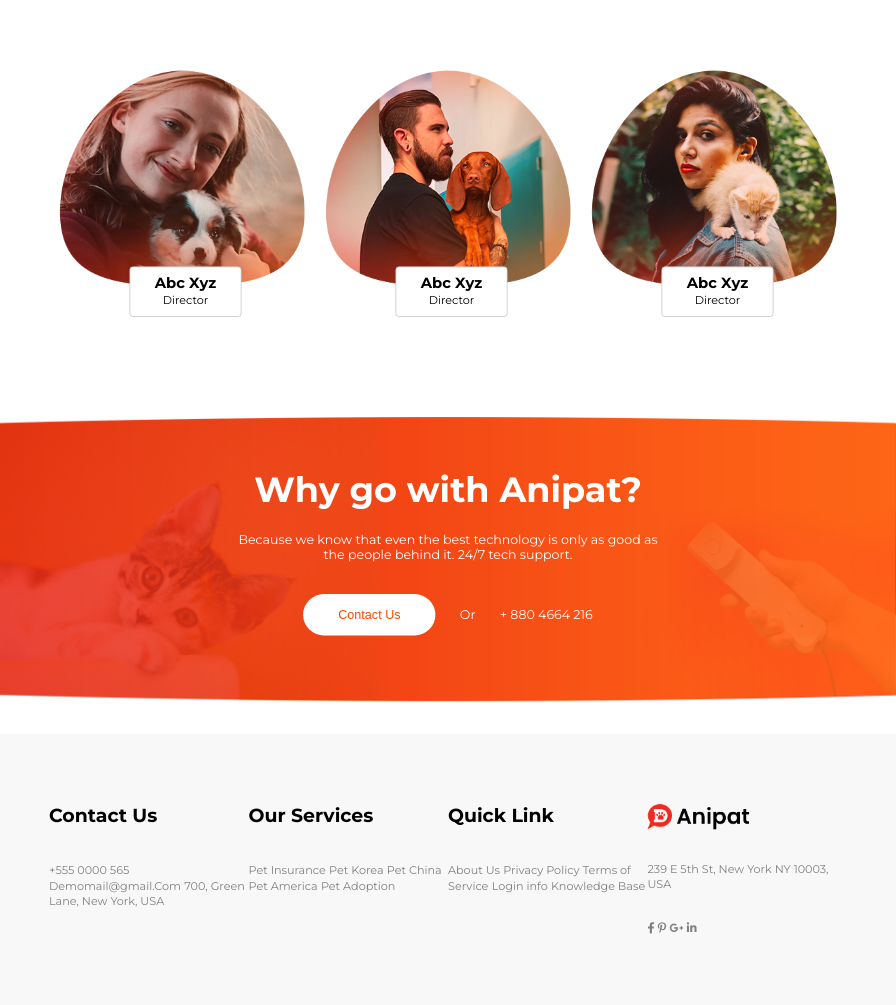
Repository: giahuy405/Day_2_Anipat
Page: index.html
These files come from the project's save history. The page is drawn as it stood at one moment and after the next save; the edit follows.
The browser window is 1280 px wide. The pictures show the part of the page from y = 3274 to 5194 px (the page is 4710 px tall before and 5194 px after), at 70% of full size.

Above is the page before, as saved 2022-09-09 00:30:56.

### index.html
<!DOCTYPE html>
<html lang="en">
<head>
    <meta charset="UTF-8">
    <meta http-equiv="X-UA-Compatible" content="IE=edge">
    <meta name="viewport" content="width=device-width, initial-scale=1.0">
    <title>Anipat</title>
    <link rel="stylesheet" href="https://cdnjs.cloudflare.com/ajax/libs/font-awesome/6.2.0/css/all.min.css">
    <link href="https://fonts.googleapis.com/css2?family=Montserrat:wght@300;400;500;700&display=swap" rel="stylesheet">
    <link rel="stylesheet" href="./css/index.css">
</head>
<body>
    <header>
        <div class="header-top">
            <div class="container">
                <div class="header__contact">
                    <a href="#">+880 4664 216 </a>
                    <span>Mon - Sat 10:00 - 7:00</span>
                </div>
                <div class="header__social">
                    <ul>
                        <li><a href="#"><i class="fa-brands fa-facebook-f"></i></a></li>
                        <li><a href="#"><i class="fa-brands fa-pinterest-p"></i></a></li>
                        <li><a href="#"><i class="fa-brands fa-google-plus-g"></i></a></li>
                        <li><a href="#"><i class="fa-brands fa-linkedin-in"></i></a></li>
                    </ul>
                </div>
                <div class="clear"></div>
            </div>
        </div>
        <div class="header-bottom container">
            <img src="./img/logo.png" alt="Logo">
            <ul>
                <li><a href="#">Home</a></li>
                <li><a href="#">About</a></li>
                <li><a href="#">Blog</a></li>
                <li><a href="#">Pages</a></li>
                <li><a href="#">Services</a></li>
                <li><a href="#">Contact</a></li>
            </ul>
            <div class="clear"></div>
        </div>

    </header>
    <div class="carousel">
        <div class="container">
            <div class="carousel__content">
                <h1>We Care</h1>
                <h2>Your Pets</h2>
                <p>Lorem ipsum dolor sit amet, consectetur adipisicing elit. Dolorem corporis ex expedita ea rem iure.</p>
                <button>Contact Us</button>
            </div>
            <div class="carousel__dog">
                <img src="./img/dog.png" alt="Dog">
            </div>
            <div class="clear"></div>
        </div>
    </div>
    <div class="service">
        <div class="service-top">
            <h1>Services for every dog</h1>
            <p>Lorem ipsum dolor sit amet, consectetur adipiscing elit, sed do eiusmod tempor incididunt ut labore et dolore magna</p>
        </div>
        <div class="service-bottom container">
            <div class="service-card">
                <div class="service__item">
                    <div class="service__background">
                        <img src="./img/service_icon_1.png" alt="">
                    </div>
                    <h2>Pet Boarding</h2>
                    <p>Lorem, ipsum dolor sit amet consectetur adipisicing elit. Quasi asperiores</p>
                </div>
            </div>
            <div class="service-card">
                <div class="service__item">
                    <div class="service__background">
                        <img src="./img/service_icon_2.png" alt="">
                    </div>
                    <h2>Pet Boarding</h2>
                    <p>Lorem, ipsum dolor sit amet consectetur adipisicing elit. Quasi asperiores</p>
                </div>
            </div>
            <div class="service-card">
                <div class="service__item">
                    <div class="service__background">
                        <img src="./img/service_icon_3.png" alt="">
                    </div>
                    <h2>Pet Boarding</h2>
                    <p>Lorem, ipsum dolor sit amet consectetur adipisicing elit. Quasi asperiores</p>
                </div>
            </div>
            <div class="clear"></div>
        </div>
    </div>
    <div class="netcare container">
        <div class="netcare__cat">
            <img src="./img/pet_care.png" alt="pet care">
        </div>
        <div class="netcare__content">
                <h1>We Care</h1>
                <h2>Your Pets</h2>
                <p>Lorem ipsum dolor sit amet, consectetur adipisicing elit. Dolorem corporis ex expedita ea rem iure. Lorem ipsum dolor, sit amet consectetur adipisicing elit. In, sint.</p>
                <button>Contact Us</button>
        </div>
        <div class="clear"></div>
    </div>
    <div class="care">
        <div class="container">
            <div class="care__content">
                <h1>We Care</h1>
                <h2>Your Pets</h2>
                <p>Lorem ipsum dolor sit amet, consectetur adipisicing elit. Dolorem corporis ex expedita ea rem iure. Lorem ipsum dolor sit ametum dolor sit amet.</p>
                <button>About Us</button>
            </div>
            <div class="care__items">
                <div class="care__item">
                    <div class="care__card care__card--left">
                        <div class="care__desc">
                            <img src="./img/1.png" alt="">
                            <h1>922</h1>
                            <p>Pet Available</p>
                        </div>
                    </div>
                </div>
                <div class="care__item">
                    <div class="care__card">
                        <div class="care__desc">
                            <img src="./img/2.png" alt="">
                            <h1>922</h1>
                            <p>Pet Available</p>
                        </div>
                    </div>
                    <div class="care__card">
                        <div class="care__desc">
                            <img src="./img/3.png" alt="">
                            <h1>922</h1>
                            <p>Pet Available</p>
                        </div>
                    </div>
                </div>
                <div class="clear"></div>
            </div>
            <div class="clear"></div>
        </div>
    </div>
    <div class="team container">
        <div class="team-top">
            <h1>Our Team</h1>
            <p>Lorem ipsum dolor, sit amet consectetur adipisicing elit. Odit voluptates a recusandae rem excepturi laboriosam. Omnis molestias modi ex ullam.</p>
        </div>
        <div class="team-bottom">
            <div class="team__card">
                <img src="./img/team1.png" alt="">
                <div class="team__box">
                    <div class="team__content">
                        <h3>Abc Xyz</h3>
                        <p>Director</p>
                    </div>
                </div>
            </div>
            <div class="team__card">
                <img src="./img/team2.png" alt="">
                <div class="team__box">
                    <div class="team__content">
                        <h3>Abc Xyz</h3>
                        <p>Director</p>
                    </div>
                </div>
            </div>
            <div class="team__card">
                <img src="./img/team3.png" alt="">
                <div class="team__box">
                    <div class="team__content">
                        <h3>Abc Xyz</h3>
                        <p>Director</p>
                    </div>
                </div>
            </div>
            <div class="clear"></div>
        </div>
    </div>
    <div class="banner">
        <div class="banner-top">
            <h1>Why go with Anipat?</h1>
            <p>Because we know that even the best technology is only as good as the people behind it. 24/7 tech support.</p>
        </div>
        <div class="banner-bottom">
            <button>Contact Us</button>
            <span>Or</span>
            <a href="#"> + 880 4664 216</a>
        </div>
    </div>
    <div class="footer">
       <div class="container">
        <div class="footer__item">
            <h2>Contact Us</h2>
            <ul>
                <li><a href="#">+555 0000 565</a></li>
                <li><a href="#">Demomail@gmail.Com</a></li>
                <li><a href="#">700, Green Lane, New York, USA</a></li>
            </ul>
        </div>
        <div class="footer__item">
            <h2>Our Services</h2>
            <ul>
                <li><a href="#">Pet Insurance</a></li>
                <li><a href="#">Pet Korea</a></li>
                <li><a href="#">Pet China</a></li>
                <li><a href="#">Pet America</a></li>
                <li><a href="#">Pet Adoption</a></li>
            </ul>
        </div>
        <div class="footer__item">
            <h2>Quick Link</h2>
            <ul>
                <li><a href="#">About Us</a></li>
                <li><a href="#">Privacy Policy</a></li>
                <li><a href="#">Terms of Service</a></li>
                <li><a href="#">Login info</a></li>
                <li><a href="#">Knowledge Base</a></li>
            </ul>
        </div>
        <div class="footer__item footer__item--final">
            <img src="./img/logo.png" alt="">
            <p><a href="#">239 E 5th St, New York NY 10003, USA</a></p>
            <ul>
                <li><a href="#"><i class="fa-brands fa-facebook-f"></i></a></li>
                <li><a href="#"><i class="fa-brands fa-pinterest-p"></i></a></li>
                <li><a href="#"><i class="fa-brands fa-google-plus-g"></i></a></li>
                <li><a href="#"><i class="fa-brands fa-linkedin-in"></i></a></li>
            </ul>
        </div>
        <div class="clear"></div>
       </div>
    </div>
</body>
</html>

### css/index.css
*{
    padding: 0;
    margin: 0;
    box-sizing: border-box;
}
.clear{
    clear: both;
}
html{
    font-size: 18px;
    font-family: 'Montserrat', sans-serif;
}
.container{
    width: 1140px;
    margin: 0 auto;
}
.header__contact{
    float: left;
}
.header__social{
    float: right;
}
.header-top{
    background-color: black;
    padding: 15px;
}
.header__contact a{
     color: white;
     text-decoration: none;
     transition: all 0.2s;
}
.header__contact a:hover{
    color: red;
}
.header__contact span{
    color: white;
    margin-left: 35px;
}
.header__social ul,.header-bottom ul{
    list-style: none;
}
.header__social li,.header-bottom li,.footer__item li{
    display: inline;
    margin-left: 35px;
}
.header__social i{
    color: white;
    transition: all 0.2s;
}
.header__social i:hover{
    color: red;
}
.header-bottom ul{
    float: right;
}
.header-bottom a{
    text-decoration: none;
    font-weight: bold;
    color: black;
    transition: all 0.2;
    line-height: 40px;
}
.header-bottom a:hover{
    color: red;
}
.header-bottom{
    padding: 20px 0;
}
.carousel{
    background-image: url(../img/banner.png);
    background-position: center bottom;
    background-repeat: no-repeat;
    background-size: 100%;
    height: 600px;
    position: relative;
    margin-bottom: 150px;
}
.carousel__content{
    float: left;
    width: 33%;
    padding-top: 100px;
}
.carousel__dog{
    float: left;
    width: 67%;
    position: absolute;
    top: -10px;
    left: 315px;
    padding: 30px;
}
.carousel__content h1{
    color: white;
    font-size: 70px;
    font-weight: 300;
}
.carousel__content h2{
    color: white;
    font-size: 70px;
    font-weight: 700;
}
.carousel__content p{
    color: white;
    line-height: 30px;
    letter-spacing: 1px;
    margin: 20px 0;
}
.carousel__content button,.banner-bottom button{
    padding: 19px 50px;
    border-radius: 30px;
    border: none;
    font-size: 18px;
    background-color: white;
    color: orangered;
    cursor: pointer;
}
.carousel__content button:hover,.banner-bottom button:hover{
    background-color: orangered;
    color: white;
}
.carousel__dog img{
    width: 100%;

}
.service{
    text-align: center;
    margin-bottom: 100px;
}
.service-top h1{
    font-weight: 500;
    font-size: 50px;
    margin-bottom: 15px;
}
.service-top p{
    padding: 0 300px;
    color: grey;
}
.service-top{
    margin-bottom: 150px;
}
.service-card{
    float: left;
    width: 33.3333%;
}
.service__background{
    background-image: url(../img/service_icon_bg_1.png);
    width: 161px;
    height: 143px;
    background-position: center;
    margin: 0 auto;
}
.service__item{
    border: 1px solid orangered;
    border-radius: 15px;
    padding: 60px 40px;
}
.service-card{
    padding: 20px;
}
.service__item img{
    padding-top: 35px;
}
.service__item h2{
    margin: 30px 0;
}
.service__item p{
    color: grey;
    line-height: 30px;
}
.netcare__cat{
    float: left;
    width: 40%;
}
.netcare__content{
    float: left;
    width: 60%;
    padding-right: 100px;
    padding-top: 75px;
    padding-left: 60px;
}
.netcare__cat img{
    width: 100%;
}
.netcare__content h1,.care__content h1{
    color: black;
    font-size: 55px;
    font-weight: 300;
}
.netcare__content h2,.care__content h2{
    color: black;
    font-size: 55px;
    font-weight: 700;
}
.netcare__content p,.care__content p{
    color: grey;
    line-height: 30px;
    letter-spacing: 1px;
    margin: 25px 0;
}
.netcare__content button,.care__content button{
    padding: 18px 55px;
    border-radius: 30px;
    border: none;
    background-color: orangered;
    color: white;
    font-size: 20px;
    cursor: pointer;
    transition: all 0.2s;
}
.netcare__content button:hover,.care__content  button:hover{
    background-color: white;
    border: 1px solid orangered;
    color: orangered;
}
.care__content,.care__items,.care__item{
    float: left;
    width: 50%;
}
.care__content{
    padding-right: 50px;
    padding-top: 150px;
}
.care__desc{
    border: 1px solid orangered;
    border-radius: 15px;
   padding: 50px 20px;
}
.care__card{
    text-align: center;
    margin-bottom: 30px;
}
.care__item{
     padding: 15px;
}
.care__card--left{
    margin-top: 150px;
}
.care__item h1{
    margin: 20px 0;
}
.team{
    text-align: center;
    margin-top: 120px;
    margin-bottom: 120px;
}
.team-top h1{
    font-weight: 500;
    font-size: 50px;
}
.team-top p{
    padding: 0 250px;
    letter-spacing: 1px;
    color: grey;
    margin: 15px;
}
.team__card{
    float: left;
    width: 33.333%;
    padding: 15px;
    position: relative;
}
.team-bottom{
    margin-top: 100px;
}
.team__card img{
    width: 100%;
}
.team__content{
    border: 1px solid rgb(190, 190, 190);
    border-radius: 5px;
    padding: 10px 35px;
    background-color:white;
}
.team__box{
    position: absolute;
    top: 295px;
    left: 115px;
}
.team__content p{
    font-size: 16px;
    line-height: 25px;
}
.banner{
    text-align: center;
    background-image: url(../img/contact_bg.png);
    height: 500px;
    background-position: center;
    background-repeat: no-repeat;
    background-size: 100%;
    padding-top: 120px;
}
.banner-top h1{
    font-size: 50px;
    color: white;
}
.banner-top p{
    color: white;
    font-size: 18px;
    padding: 0 330px;
    margin:30px 0;
    margin-bottom: 45px;
}
.banner-bottom span{
    color: white;
    margin: 0 30px;
}
.banner-bottom a{
    text-decoration: none;
    color: white;
    transition: all 0.15s;
}
.banner-bottom a:hover{
    color: black;
}
.footer__item{
    float: left;
    width: 25%;
}
.footer{
    background-color: #f8f8f8;
    padding-top: 100px;
    padding-bottom: 100px;
}
.footer__item ul{
    list-style: none;
}
.footer__item li{
    margin: 25px 0;
}
.footer__item a{
    text-decoration: none;
    font-size: 16px;
    color: gray;
}
.footer__item h2{
    margin-bottom: 50px;
}
.footer__item--final p{
    margin: 40px 0;
}
.footer a:hover{
    color: red;
}

After the next save:
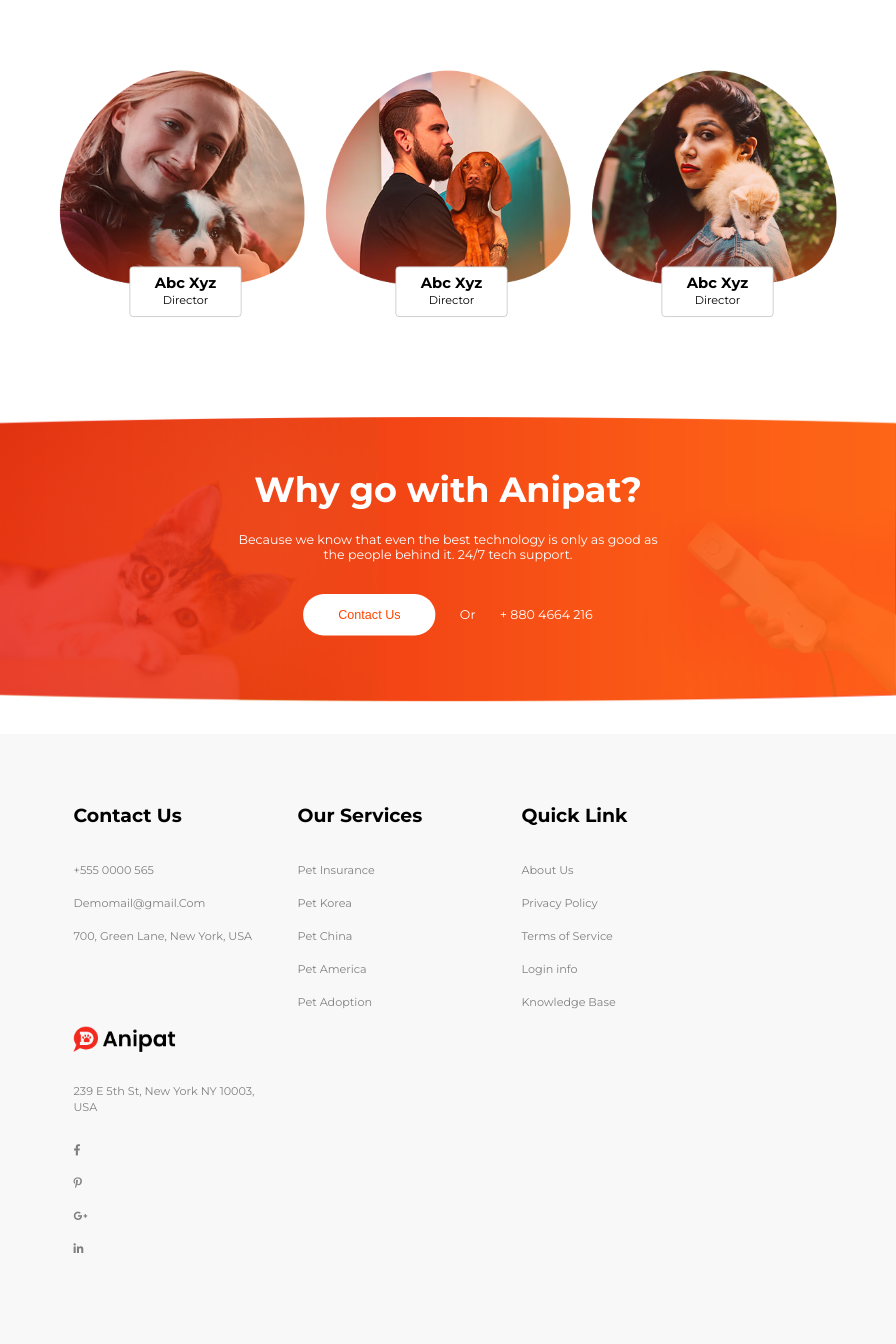
Saved 9 s later.
--- a/css/index.css
+++ b/css/index.css
@@ -39,7 +39,7 @@ html{
 .header__social ul,.header-bottom ul{
     list-style: none;
 }
-.header__social li,.header-bottom li,.footer__item li{
+.header__social li,.header-bottom li,.footer__item{
     display: inline;
     margin-left: 35px;
 }
